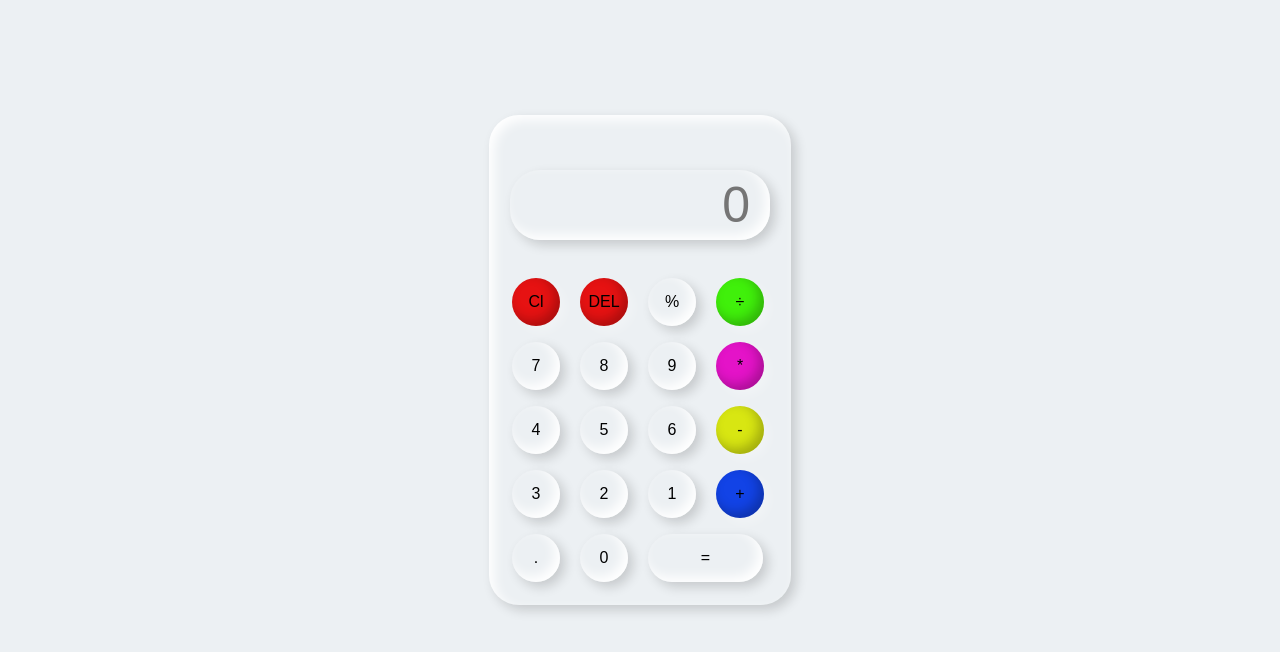
Repository: Mayur2905/OIBSIP
Page: Task-3/index.html
These files come from the project's save history. The page is drawn as it stood at one moment and after the next save; the edit follows.
The browser window is 1280 px wide. The pictures show the whole page.

Above is the page before, as saved 2022-02-02 15:49:00.

After the next save:
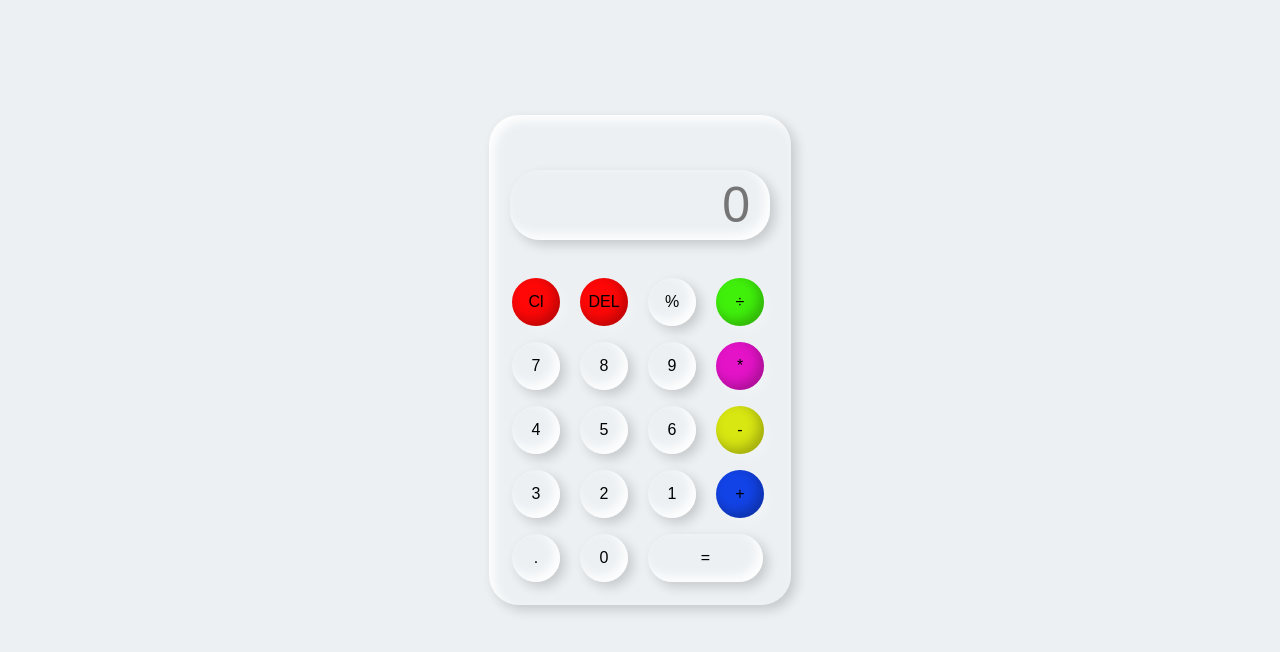
Saved 34 s later.
--- a/Task-3/style.css
+++ b/Task-3/style.css
@@ -78,7 +78,7 @@ button {
 }
 
 .red {
-  background-color: #e61212;
+  background-color: #ff0707;
   box-shadow: inset -5px -5px 12px rgba(0, 0, 0, 0.25),
     5px 5px 12px rgba(255, 255, 255, 0.3);
 }
